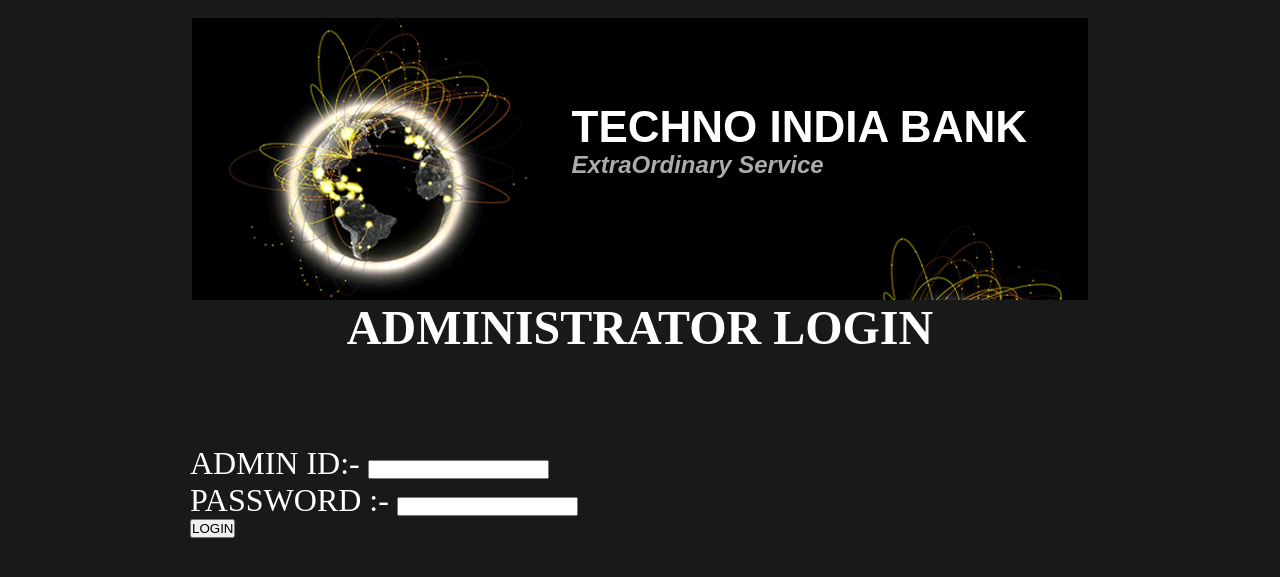
Repository: subhamsourabh265/collegeProjects
Page: OnlineBankingSystems/WebContent/adminlogin.html
These files come from the project's save history. The page is drawn as it stood at one moment and after the next save; the edit follows.
The browser window is 1280 px wide. The pictures show the whole page.

Above is the page before, as saved 2015-11-30 11:24:34.

After the next save:
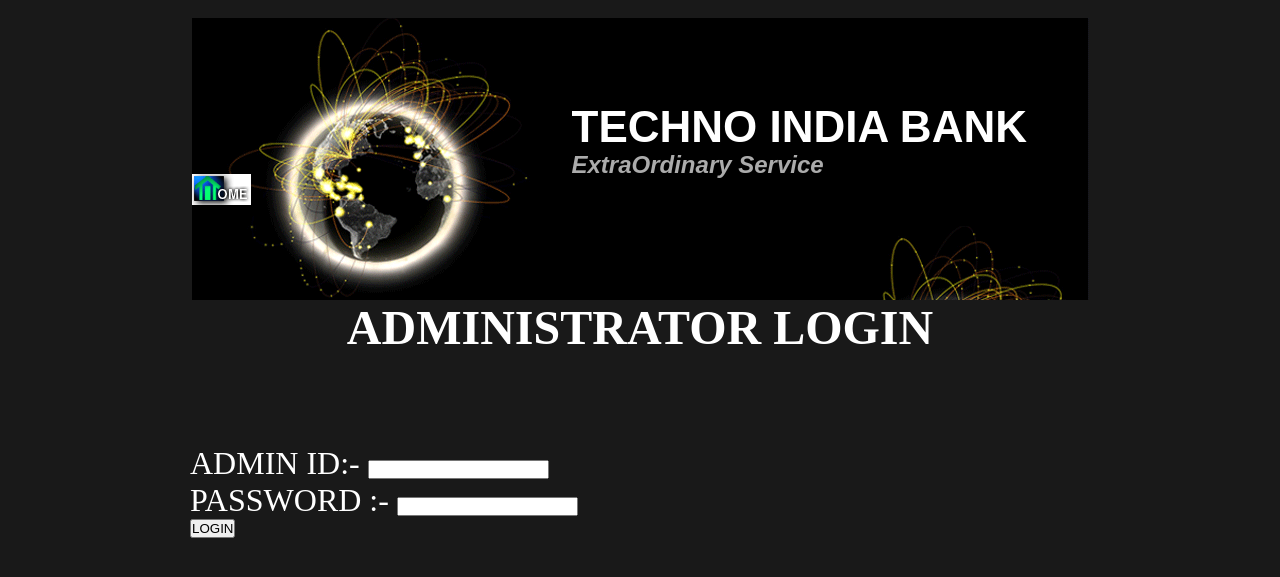
Saved 2 min 14 s later.
--- a/OnlineBankingSystems/WebContent/adminlogin.html
+++ b/OnlineBankingSystems/WebContent/adminlogin.html
@@ -15,6 +15,7 @@
 <div id="header">
 	<h1>TECHNO INDIA  BANK<span class="style1"></span></h1>
     <h2>ExtraOrdinary Service</h2>
+    <A href="index.html"><IMG SRC="images/home1.gif"></IMG></A>
  </div>
 <center>
 <font color = white size = 7>
